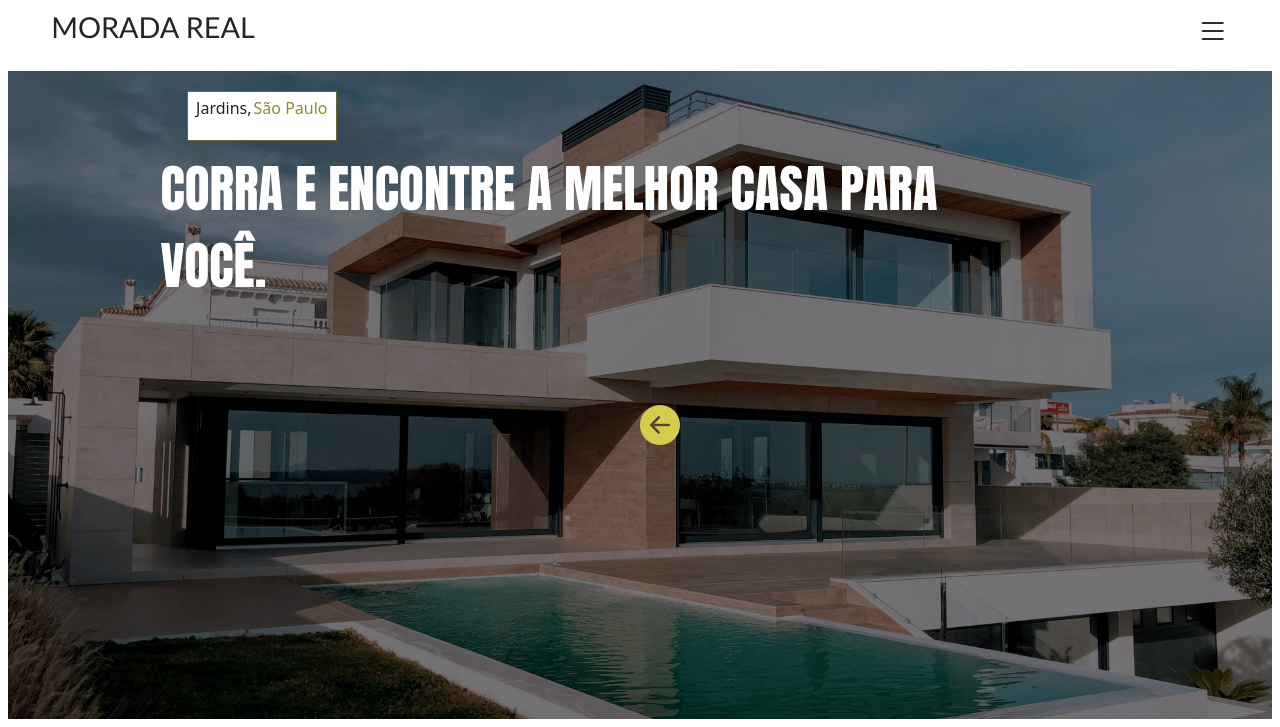
Repository: Mattyns/moradareal
Page: index.html
These files come from the project's save history. The page is drawn as it stood at one moment and after the next save; the edit follows.
The browser window is 1280 px wide. The pictures show the whole page.

Above is the page before, as saved 2025-07-11 18:38:00.

### index.html
<!DOCTYPE html>
<html lang="pt-br">
    <head>
        <meta charset="UTF-8" />
        <meta name="viewport" content="width=device-width, initial-scale=1.0" />
        <title>Morada Real</title>
        <link
            rel="stylesheet"
            href="https://cdnjs.cloudflare.com/ajax/libs/animate.css/4.1.1/animate.min.css"
        />
        <link
            href="https://cdn.jsdelivr.net/npm/bootstrap@5/dist/css/bootstrap.min.css"
            rel="stylesheet"
            integrity="sha384-QWTKZyjpPEjISv5WaRU9OFeRpok6YctnYmDr5pNlyT2bRjXh0JMhjY6hW+ALEwIH"
            crossorigin="anonymous"
        />
        <link
            rel="stylesheet"
            href="https://cdn.jsdelivr.net/npm/bootstrap-icons@1.11.3/font/bootstrap-icons.min.css"
        />
        <link rel="stylesheet" href="style/style.css" />
    </head>
    <body>
        <header class="header__container">

            <h1 class="logo__text">MORADA REAL</h1> <i class="bi-list menu__list"></i>
        </header>

        <main>
            <section class="contrast">

                <div class="contrast__container">
                    <div class="local local__sp">
                        <div class="local__text">
                            <p>Jardins,</p> <p class="local__text--contrast"> São Paulo</p>
                        </div>
                        <p class="text__message">CORRA E ENCONTRE A MELHOR CASA PARA VOCÊ.</p>
                    </div>
                    <div class="local local__rs">
                        <div class="local__text">
                            <p>Bela Vista,</p> <p class="local__text--contrast"> Rio Grande do Sul</p>
                        </div>
                        <p class="text__message">O LAR DOS SEUS SONHOS PODE ESTAR A UM CLIQUE DE DISTÂNCIA.</p>
                    </div>
                    <div class="local local__rj">
                        <div class="local__text">
                            <p>Leblon,</p> <p class="local__text--contrast"> Rio de Janeiro</p>
                        </div>
                        <p class="text__message">NÃO PERCA TEMPO! SUA NOVA HISTÓRIA COMEÇA AQUI.</p>
                    </div>

                </div>

                <i class="img__button bi-arrow-left-circle-fill" id="img__button--left"></i>
                <i class="img__button bi-arrow-right-circle-fill" id="img__button--right"></i>

            </section>


        </main>

        <script src="script/carousel.js"></script>
    </body>
</html>

### style/style.css
@charset "UTF-8";

:root {
    --preto:black;
    --branco:white;
    --cor1:#D3CC4C;
    --cor2:#B1AB40;
    --cor3:#DCD650;
    --cor4:#8F8A33;
    --cor5:#6D6927;
    --cor6:#4B481B;
    --cor7:#f0eca5;
    --cor8:white;

}

* {
    margin: 0px;
    padding: 0px;
    box-sizing: border-box;
}

.header__container {
    display: flex;
    height: 20%;
    width: 100%;
    background-color: var(--branco);
    align-items: center;
    padding-top: 10px;
    padding-bottom: 10px;
}

.logo__text {
    margin-left: 4%;
    font-size: 180%;
    font-family: 'Trebuchet MS', 'Lucida Sans Unicode', 'Lucida Grande', 'Lucida Sans', Arial, sans-serif;
}

.menu__list {
    font-size: 2em;
    position: absolute;
    right: 4%;
}

.contrast {
    height: 90vh;
    margin: 8px;

    overflow: hidden;
    max-width: 100%;
    position: relative;


}

.contrast__container {

    display: flex;
  transition: transform 0.3s ease;
  will-change: transform;
  touch-action: pan-y;
}

.local {
    height: 90vh;
    background-size: cover;
    background-position: right;
     flex: 0 0 100%;
    box-sizing: border-box;
    padding: 20px; /* opcional */
}

.local__sp {
    background-image: url(../img/webaliser.jpg);

}

.local__rs {
    background-image: url(../img/brian.jpg);

}

.local__rj {
    background-image: url(../img/zoe.jpg);

}

.local__text {
    display: flex;
    background-color: var(--branco);
    width: fit-content;
    padding: 4px 0px;
    padding-left: 8px;
    padding-right: 8px;
    top: 20%;
    margin-left:13%;
    border: 1px solid var(--cor5);

}

.local__text--contrast {
    color: var(--cor4);
    margin-left: 2px;
}

.text__message {
    top: 26%;
    width: 68%;
    margin-left: 10%;
    font-size:320%;
    font-family:Impact, Haettenschweiler, 'Arial Narrow Bold', sans-serif;
    color:var(--cor8) ;
    padding: 10px;
    border-radius: 10px;
}

.img__button {
    font-size: 2.5em;
    position:absolute;
    color: var(--cor1);

}

#img__button--left {
    left: 50%;
    top: 50%;
}

### script/carousel.js
const container = document.querySelector('.contrast__container');
const slides = document.querySelectorAll('.local');

let isDragging = false;
let startPos = 0;
let currentTranslate = 0;
let prevTranslate = 0;
let animationID;
let currentIndex = 0;

slides.forEach((slide, index) => {
  slide.addEventListener('touchstart', touchStart(index));
  slide.addEventListener('touchend', touchEnd);
  slide.addEventListener('touchmove', touchMove);

  slide.addEventListener('mousedown', touchStart(index));
  slide.addEventListener('mouseup', touchEnd);
  slide.addEventListener('mouseleave', touchEnd);
  slide.addEventListener('mousemove', touchMove);
});

function touchStart(index) {
  return function (event) {
    currentIndex = index;
    startPos = getPositionX(event);
    isDragging = true;

    animationID = requestAnimationFrame(animation);
  };
}

function touchMove(event) {
  if (!isDragging) return;
  const currentPosition = getPositionX(event);
  currentTranslate = prevTranslate + currentPosition - startPos;
}

function touchEnd() {
  cancelAnimationFrame(animationID);
  isDragging = false;

  const movedBy = currentTranslate - prevTranslate;

  if (movedBy < -100 && currentIndex < slides.length - 1) currentIndex++;
  if (movedBy > 100 && currentIndex > 0) currentIndex--;

  setPositionByIndex();
}

function getPositionX(event) {
  return event.type.includes('mouse') ? event.pageX : event.touches[0].clientX;
}

function animation() {
  setSliderPosition();
  if (isDragging) requestAnimationFrame(animation);
}

function setSliderPosition() {
  container.style.transform = `translateX(${currentTranslate}px)`;
}

function setPositionByIndex() {
  currentTranslate = currentIndex * -container.offsetWidth;
  prevTranslate = currentTranslate;
  setSliderPosition();
}

After the next save:
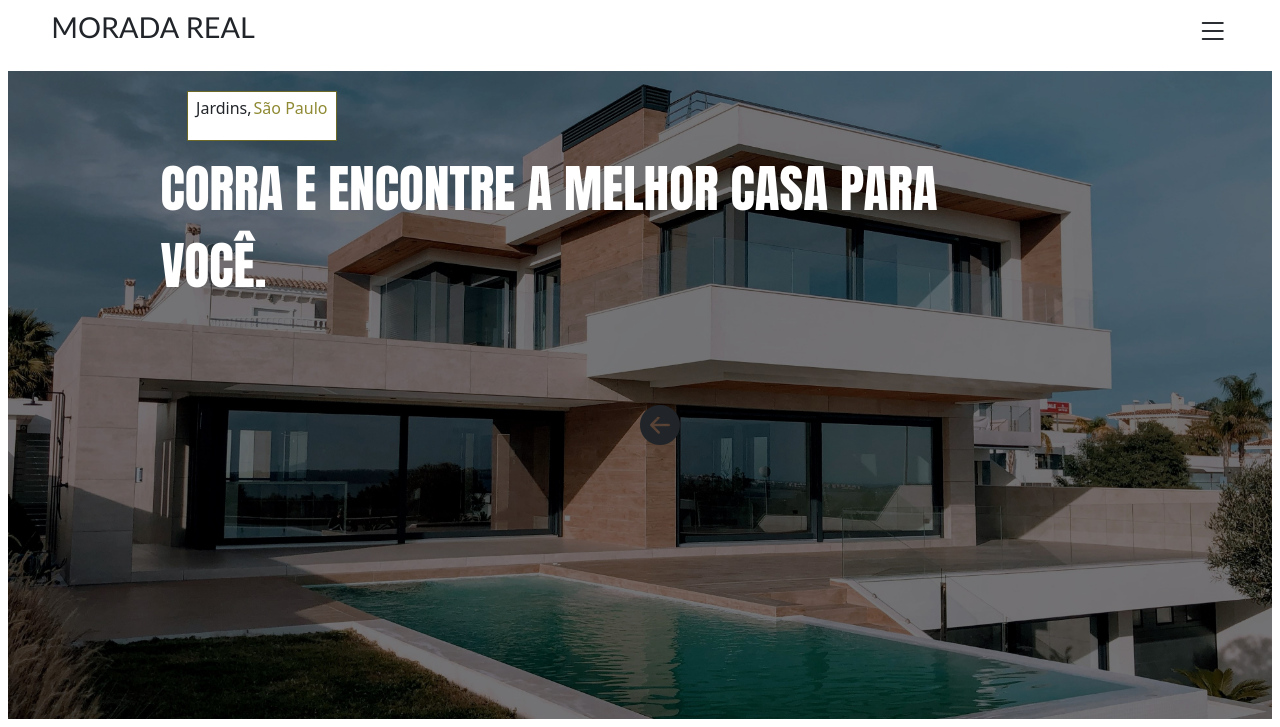
Saved 9 s later.
--- a/style/style.css
+++ b/style/style.css
@@ -117,7 +117,7 @@
 .img__button {
     font-size: 2.5em;
     position:absolute;
-    color: var(--cor1);
+    color: ;
 
 }
 

After the save that followed:
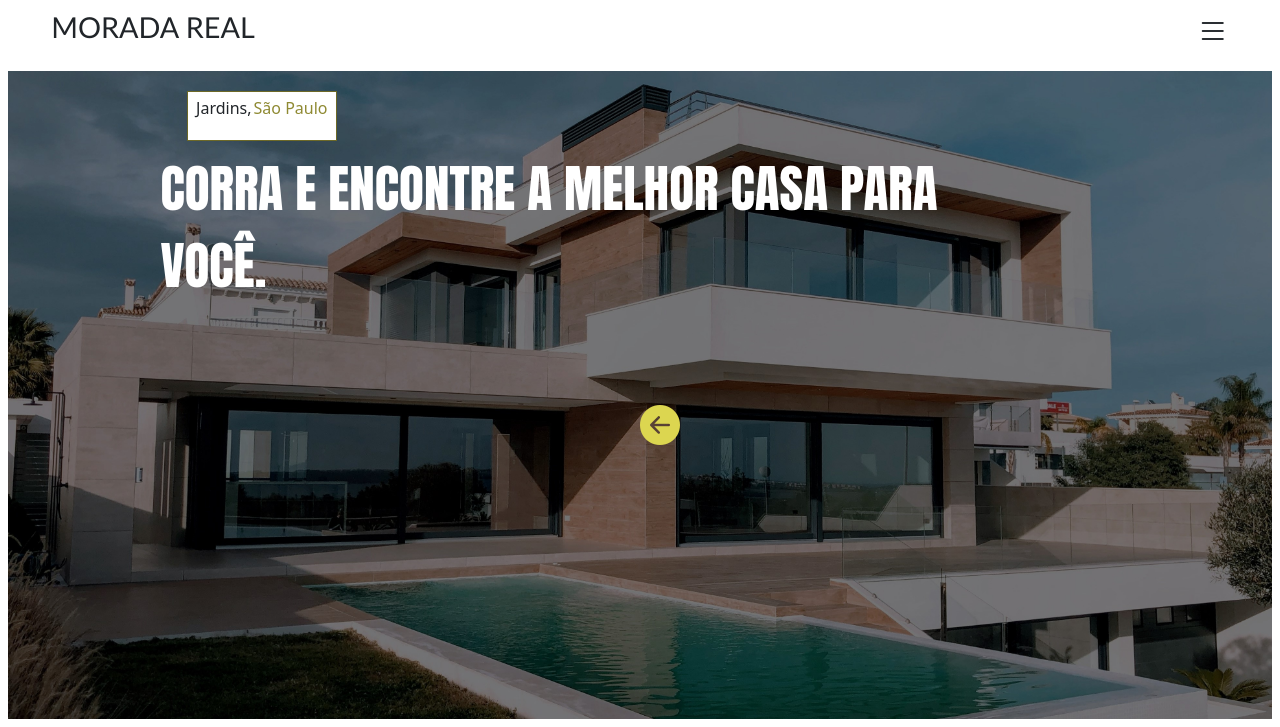
Saved 4 s later.
--- a/style/style.css
+++ b/style/style.css
@@ -117,7 +117,7 @@
 .img__button {
     font-size: 2.5em;
     position:absolute;
-    color: ;
+    color: #DCD650;
 
 }
 
